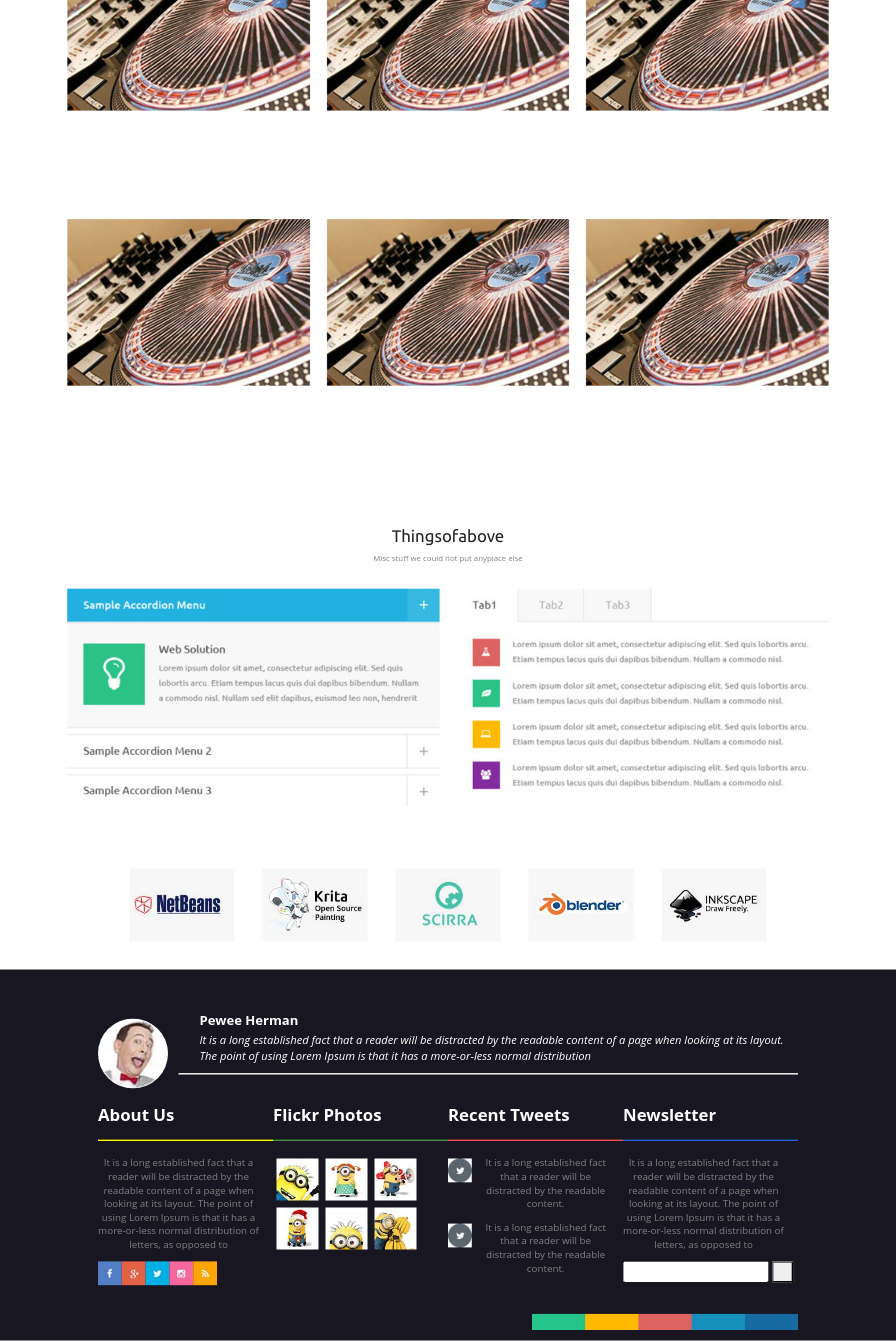
Repository: RenataDzotova/Metrolics-Renata-Beyonce
Page: index.html
An editor plug-in stored every save of this project. The page is shown before and after the next save, followed by the edit.
The browser window is 1280 px wide. The pictures show the part of the page from y = 2010 to 3930 px (the page is 3925 px tall before and 3930 px after), at 70% of full size.
Some web fonts or font styles are not loaded; a fallback is used.

Above is the page before, as saved 2022-02-02 17:55:50.

After the next save:
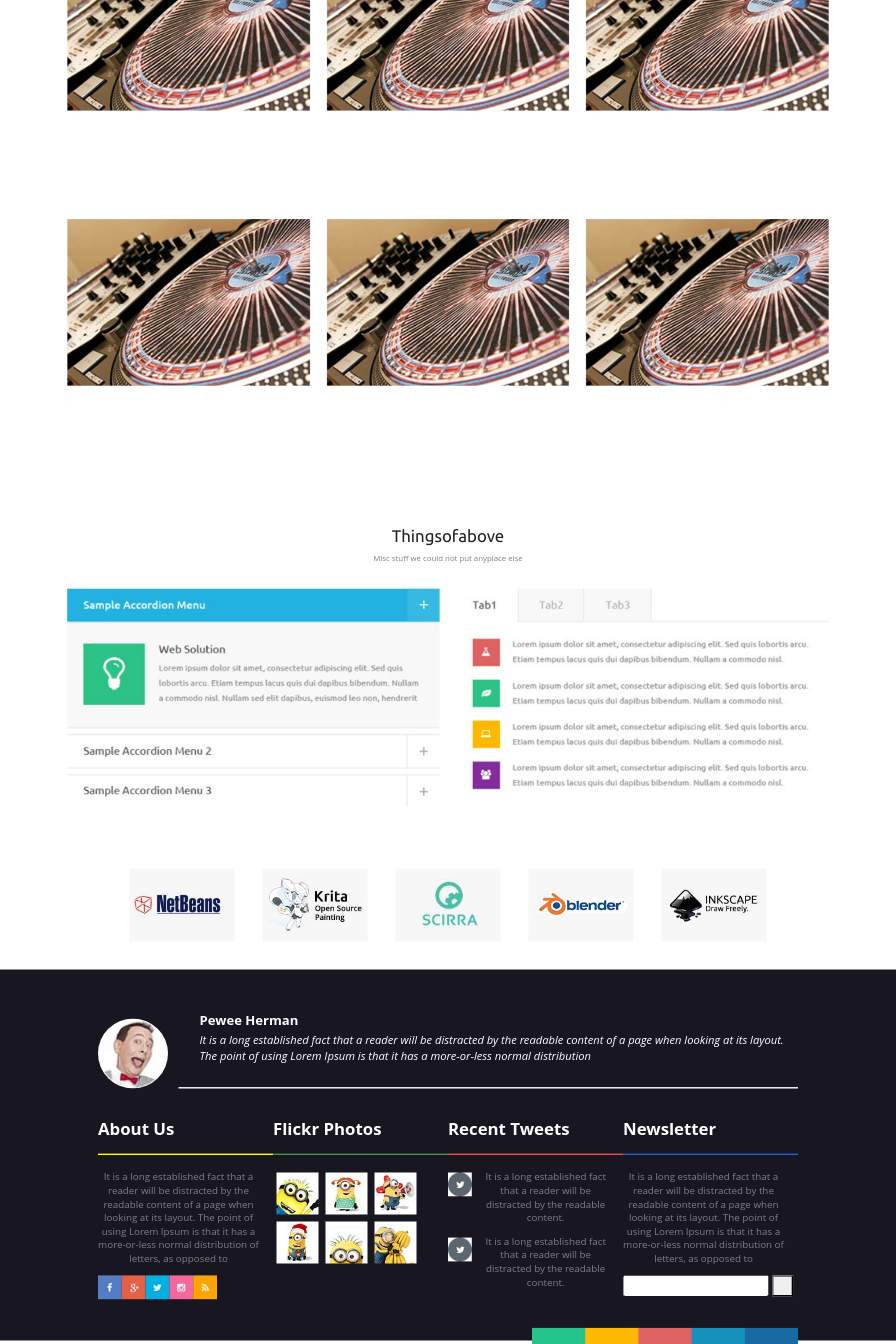
Saved 22 s later.
--- a/css/renata.css
+++ b/css/renata.css
@@ -194,7 +194,7 @@
 
   .PeweeHerman img{
     border-radius: 50%;
-    margin: 30px 15px 0 0;
+    margin: 30px 15px 20px 0;
     width: 100px;
   }
 
